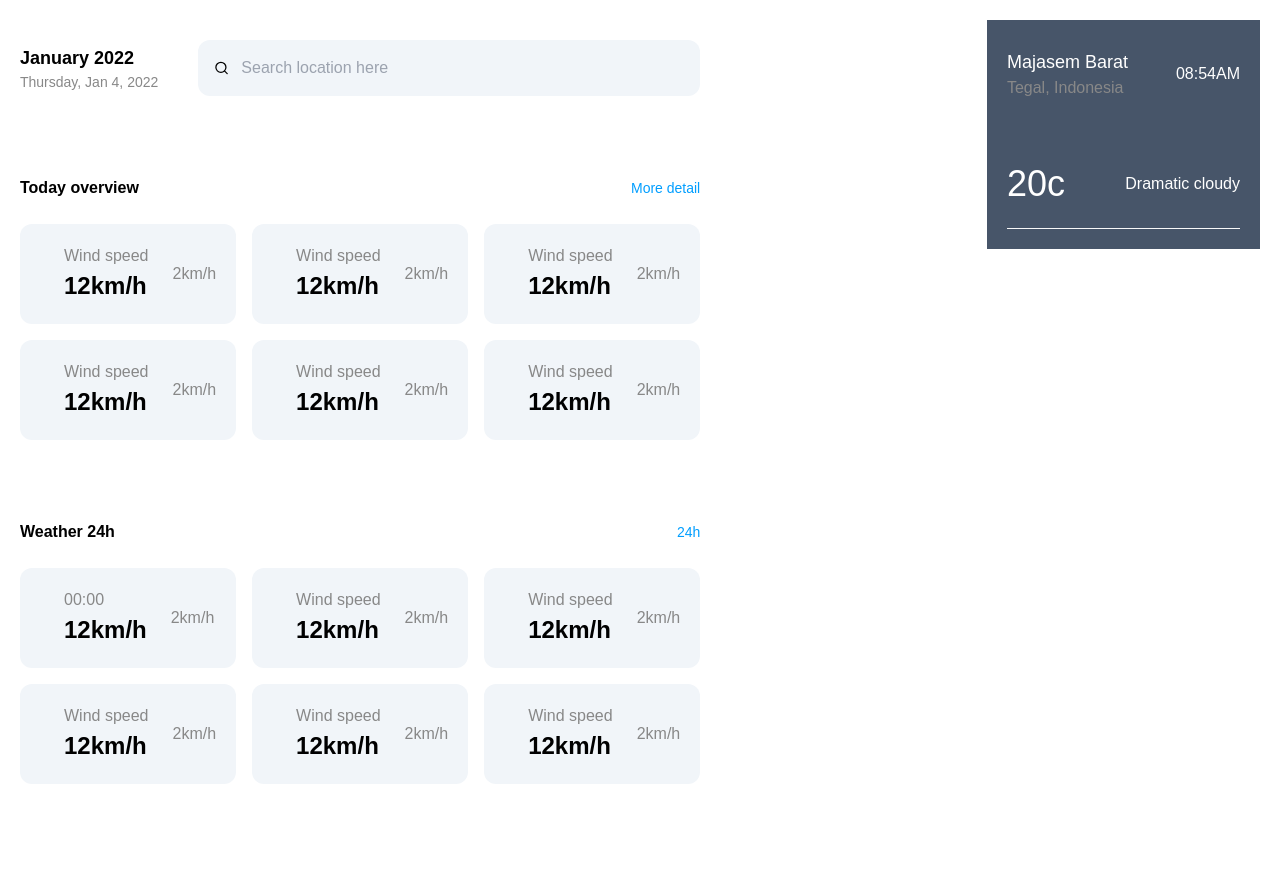
Repository: theweirdboiz/datawarehouse-ui
Page: /
These files come from the project's save history. The page is drawn as it stood at one moment and after the next save; the edit follows.
The browser window is 1280 px wide. The pictures show the whole page.
The project was rebuilt for these pictures with package versions that can differ from the ones it lists, and the page was loaded fresh each time. Also part of the build but not shown: vite.config.js.

Above is the page before, as saved 2022-11-23 18:32:29.

### index.html
<!DOCTYPE html>
<html lang="en">
  <head>
    <meta charset="UTF-8" />
    <link rel="icon" type="image/svg+xml" href="/vite.svg" />
    <meta name="viewport" content="width=device-width, initial-scale=1.0" />
    <title>Weather - Datawarehouse</title>
  </head>
  <body>
    <div id="root"></div>
    <script type="module" src="/src/main.jsx"></script>
  </body>
</html>

### src/App.jsx
import { useState } from "react";
import { FiSearch } from "react-icons/fi";

function App() {
  const date = "font-[900] text-lg";
  const detailDate = "text-sm text-[#888]";

  const contentTop = "mt-[20px] flex items-center gap-x-10 mb-20";
  const contentSearch =
    "content__search p-4 flex items-center gap-x-3 flex-1 rounded-xl bg-slate-100";

  return (
    <div className="p-5 mx-auto max-w-7xl">
      <div className="flex justify-between">
        <section className="content max-w-3xl">
          <div className={contentTop}>
            <div className="flex-col">
              <h3 className={date}>January 2022</h3>
              <div className={detailDate}>Thursday, Jan 4, 2022</div>
            </div>
            <div className={contentSearch}>
              <FiSearch />
              <input
                className="w-full bg-transparent"
                type="text"
                placeholder="Search location here"
              />
            </div>
          </div>
          <div className="content__detail mb-20">
            <div className="flex items-center justify-between">
              <h4 className="font-semibold">Today overview</h4>
              <div className="">
                <button className="text-sm font-medium text-[#009EFF]">
                  More detail
                </button>
              </div>
            </div>
            <div>
              <div className="content__detail-box grid grid-cols-3 gap-4 mt-6">
                <div className="content__detail-item p-5 flex items-center gap-x-6 bg-slate-100 rounded-xl">
                  <i></i>
                  <div className="speed flex flex-col">
                    <h4 className="text-[#888]">Wind speed</h4>
                    <span className="text-[24px] font-semibold">12km/h</span>
                  </div>
                  <span className="text-[#888]">2km/h</span>
                </div>
                <div className="content__detail-item p-5 flex items-center gap-x-6 bg-slate-100 rounded-xl">
                  <i></i>
                  <div className="speed flex flex-col">
                    <h4 className="text-[#888]">Wind speed</h4>
                    <span className="text-[24px] font-semibold">12km/h</span>
                  </div>
                  <span className="text-[#888]">2km/h</span>
                </div>
                <div className="content__detail-item p-5 flex items-center gap-x-6 bg-slate-100 rounded-xl">
                  <i></i>
                  <div className="speed flex flex-col">
                    <h4 className="text-[#888]">Wind speed</h4>
                    <span className="text-[24px] font-semibold">12km/h</span>
                  </div>
                  <span className="text-[#888]">2km/h</span>
                </div>
                <div className="content__detail-item p-5 flex items-center gap-x-6 bg-slate-100 rounded-xl">
                  <i></i>
                  <div className="speed flex flex-col">
                    <h4 className="text-[#888]">Wind speed</h4>
                    <span className="text-[24px] font-semibold">12km/h</span>
                  </div>
                  <span className="text-[#888]">2km/h</span>
                </div>
                <div className="content__detail-item p-5 flex items-center gap-x-6 bg-slate-100 rounded-xl">
                  <i></i>
                  <div className="speed flex flex-col">
                    <h4 className="text-[#888]">Wind speed</h4>
                    <span className="text-[24px] font-semibold">12km/h</span>
                  </div>
                  <span className="text-[#888]">2km/h</span>
                </div>
                <div className="content__detail-item p-5 flex items-center gap-x-6 bg-slate-100 rounded-xl">
                  <i></i>
                  <div className="speed flex flex-col">
                    <h4 className="text-[#888]">Wind speed</h4>
                    <span className="text-[24px] font-semibold">12km/h</span>
                  </div>
                  <span className="text-[#888]">2km/h</span>
                </div>
              </div>
            </div>
          </div>
          <div className="content__detail mb-20">
            <div className="flex items-center justify-between">
              <h4 className="font-semibold">Weather 24h</h4>
              <div className="">
                <button className="text-sm font-medium text-[#009EFF]">
                  24h
                </button>
              </div>
            </div>
            <div>
              <div className="content__detail-box grid grid-cols-3 gap-4 mt-6">
                <div className="content__detail-item p-5 flex items-center gap-x-6 bg-slate-100 rounded-xl">
                  <i></i>
                  <div className="speed flex flex-col">
                    <h4 className="text-[#888]">00:00</h4>
                    <span className="text-[24px] font-semibold">12km/h</span>
                  </div>
                  <span className="text-[#888]">2km/h</span>
                </div>
                <div className="content__detail-item p-5 flex items-center gap-x-6 bg-slate-100 rounded-xl">
                  <i></i>
                  <div className="speed flex flex-col">
                    <h4 className="text-[#888]">Wind speed</h4>
                    <span className="text-[24px] font-semibold">12km/h</span>
                  </div>
                  <span className="text-[#888]">2km/h</span>
                </div>
                <div className="content__detail-item p-5 flex items-center gap-x-6 bg-slate-100 rounded-xl">
                  <i></i>
                  <div className="speed flex flex-col">
                    <h4 className="text-[#888]">Wind speed</h4>
                    <span className="text-[24px] font-semibold">12km/h</span>
                  </div>
                  <span className="text-[#888]">2km/h</span>
                </div>
                <div className="content__detail-item p-5 flex items-center gap-x-6 bg-slate-100 rounded-xl">
                  <i></i>
                  <div className="speed flex flex-col">
                    <h4 className="text-[#888]">Wind speed</h4>
                    <span className="text-[24px] font-semibold">12km/h</span>
                  </div>
                  <span className="text-[#888]">2km/h</span>
                </div>
                <div className="content__detail-item p-5 flex items-center gap-x-6 bg-slate-100 rounded-xl">
                  <i></i>
                  <div className="speed flex flex-col">
                    <h4 className="text-[#888]">Wind speed</h4>
                    <span className="text-[24px] font-semibold">12km/h</span>
                  </div>
                  <span className="text-[#888]">2km/h</span>
                </div>
                <div className="content__detail-item p-5 flex items-center gap-x-6 bg-slate-100 rounded-xl">
                  <i></i>
                  <div className="speed flex flex-col">
                    <h4 className="text-[#888]">Wind speed</h4>
                    <span className="text-[24px] font-semibold">12km/h</span>
                  </div>
                  <span className="text-[#888]">2km/h</span>
                </div>
              </div>
            </div>
          </div>
        </section>
        <section className="content__right text-white">
          <div className="bg-slate-600 p-5">
            <div className="flex items-center gap-x-12 justify-between mt-2 mb-5 ">
              <div className="flex flex-col">
                <h3 className="text-lg">Majasem Barat</h3>
                <span className="text-[#888]">Tegal, Indonesia</span>
              </div>
              <h4>08:54AM</h4>
            </div>
            <div className="mt-16 flex justify-between items-center border-b-[1px] border-[#f8f8f8] pb-6">
              <div className="">
                <h2 className="text-4xl">20c</h2>
              </div>
              <h3>Dramatic cloudy</h3>
            </div>
          </div>
        </section>
      </div>
    </div>
  );
}

export default App;

### src/index.scss
@tailwind base;
@tailwind components;
@tailwind utilities;

@layer base {
  @import url("https://fonts.googleapis.com/css2?family=Poppins:wght@300;500;600;900&display=swap");

  *,
  *::before,
  *::after {
    box-sizing: border-box;
  }
  * {
    margin: 0;
    padding: 0;
  }
  body {
    line-height: 1.5;
    font-family: "Poppins", sans-serif;
  }
  img,
  picture,
  video,
  canvas,
  svg {
    display: block;
    max-width: 100%;
  }
  input,
  button,
  textarea,
  select {
    outline: none;
  }
  p,
  h1,
  h2,
  h3,
  h4,
  h5,
  h6 {
    overflow-wrap: break-word;
  }
}

Loaded but not shown: src/main.jsx (common file); tailwind.config.cjs (common file)

After the next save:
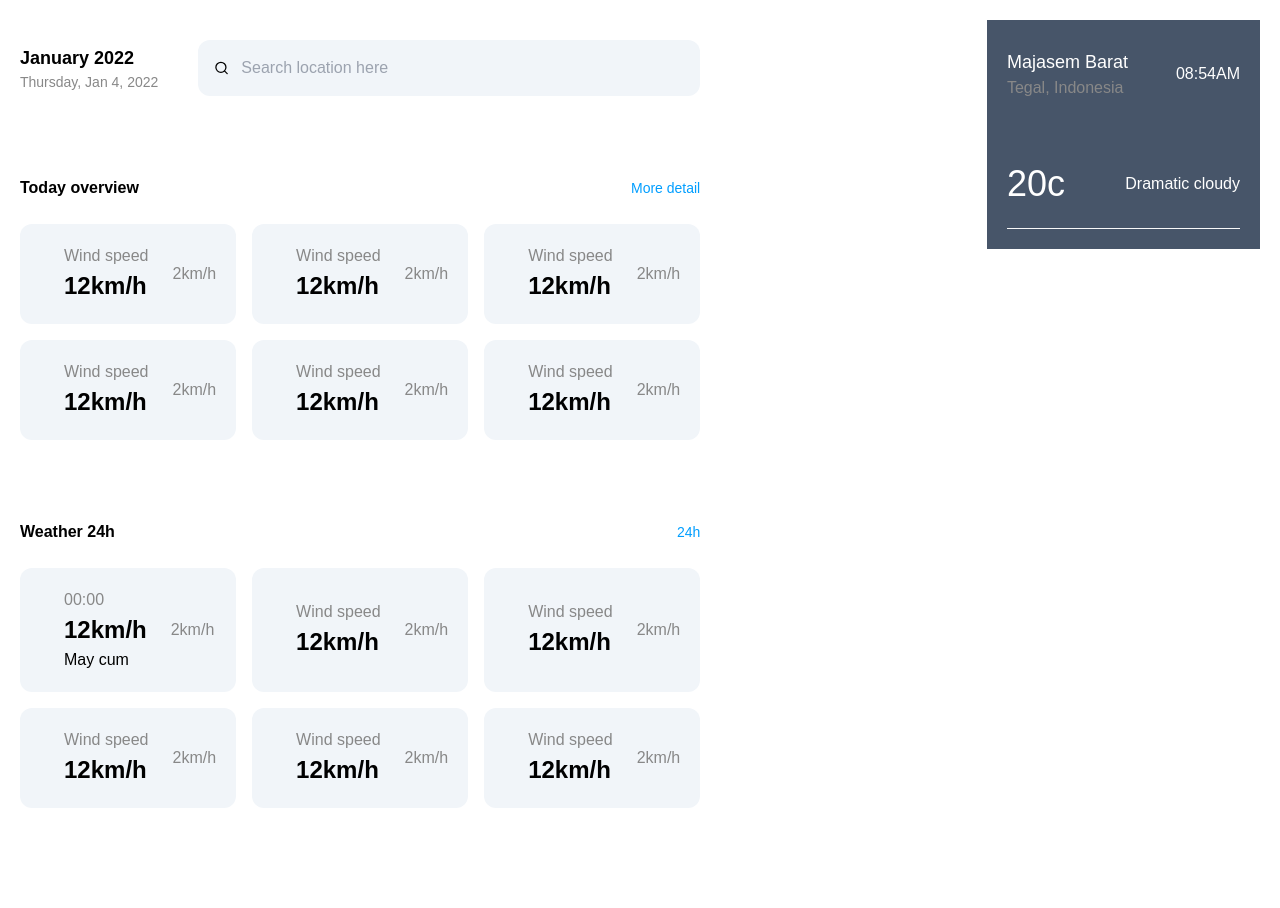
Saved 45 s later.
--- a/src/App.jsx
+++ b/src/App.jsx
@@ -105,6 +105,7 @@ function App() {
                   <div className="speed flex flex-col">
                     <h4 className="text-[#888]">00:00</h4>
                     <span className="text-[24px] font-semibold">12km/h</span>
+                    <span>May cum</span>
                   </div>
                   <span className="text-[#888]">2km/h</span>
                 </div>
